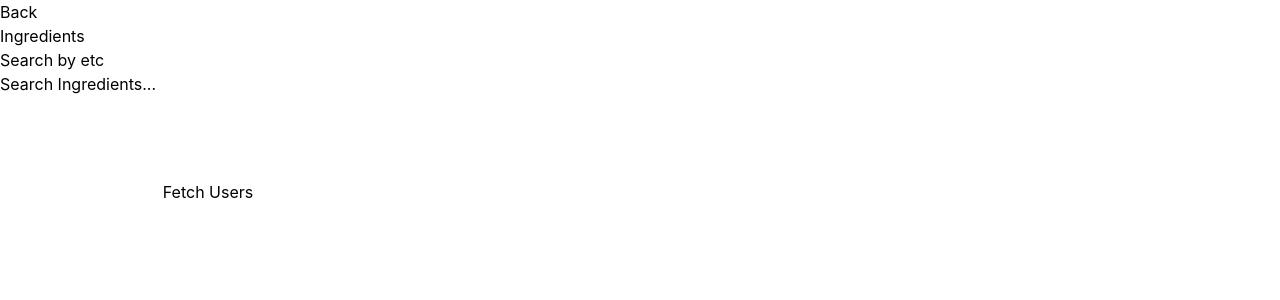
Repository: thais-chen/Meal
Page: /ingredients (app in meal-plan/)
The author's editor kept a copy of each file at every save. The page is drawn from the files as they stood at one save, then again after the next save.
The browser window is 1280 px wide. The pictures show the whole page.
The project was rebuilt for these pictures with package versions that can differ from the ones it lists, and the page was loaded fresh each time. The framework's server and built-in components were replaced by stand-ins that run in the browser. Also part of the build but not shown: meal-plan/next.config.js.

Above is the page before, as saved 2022-08-09 17:18:18.

After the next save:
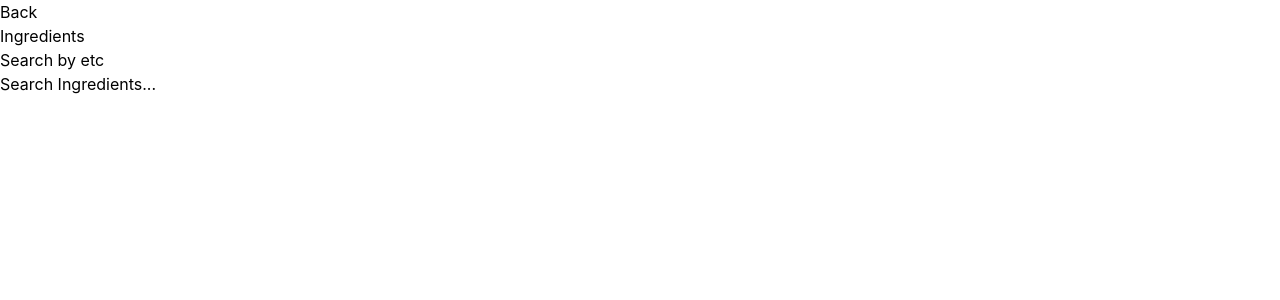
Saved 4 s later.
--- a/meal-plan/pages/ingredients.js
+++ b/meal-plan/pages/ingredients.js
@@ -10,7 +10,7 @@ export default function Ingredients(){
         <Heading heading="Ingredients" info="Search by etc" />
         <>
           <Form label="Search Ingredients..." />
-          <Grid />
+
         </>
       </>
     );
